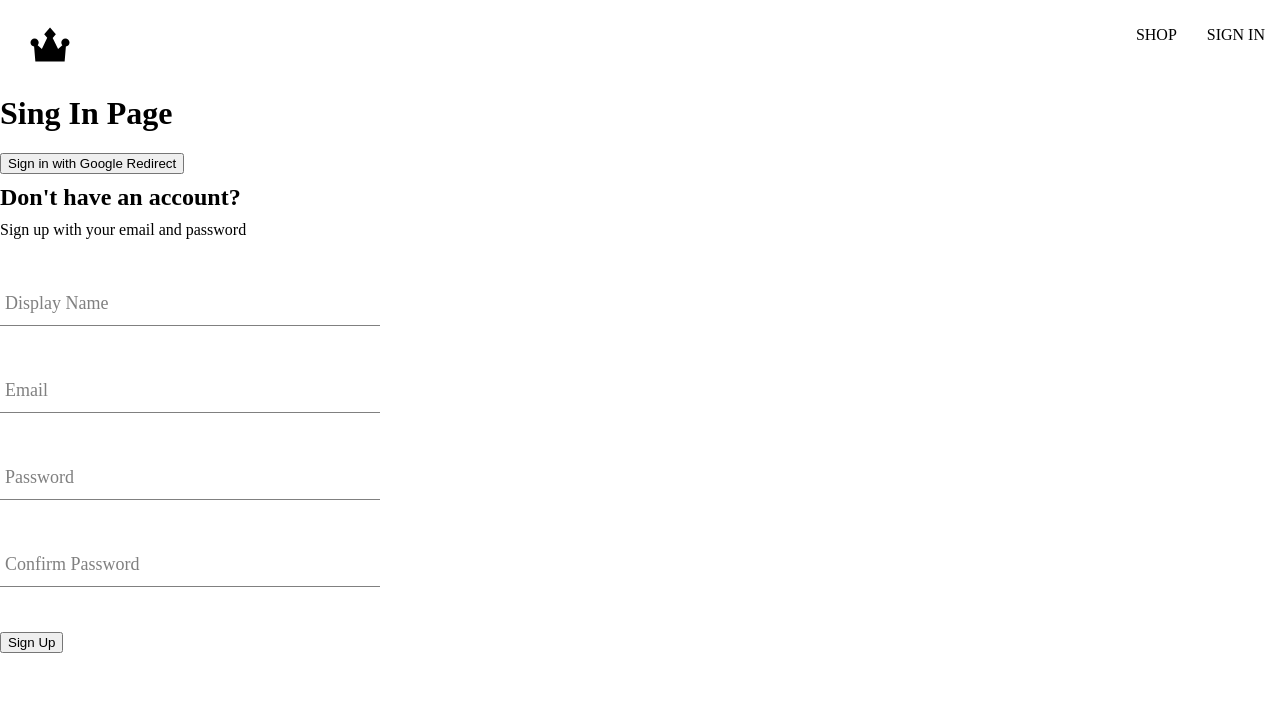
Repository: Chadi2000/crwn-clothing
Page: /signIn
An editor plug-in stored every save of this project. The page is shown before and after the next save, followed by the edit.
The browser window is 1280 px wide. The pictures show the whole page.
The project was rebuilt for these pictures with package versions that can differ from the ones it lists, and the page was loaded fresh each time. Also part of the build but not shown: src/categories.styles.scss, src/components/category-item/category-item.styles.scss, src/components/category-item/category-item.component.jsx, src/components/directory/directory.styles.scss, src/components/directory/directory.component.js, src/routes/home/home.component.jsx.

Above is the page before, as saved 2024-02-11 21:04:39.

### public/index.html
<!DOCTYPE html>
<html lang="en">
  <head>
    <meta charset="utf-8" />
    <link rel="icon" href="%PUBLIC_URL%/favicon.ico" />
    <meta name="viewport" content="width=device-width, initial-scale=1" />
    <meta name="theme-color" content="#000000" />
    <meta
      name="description"
      content="Web site created using create-react-app"
    />
    <link rel="apple-touch-icon" href="%PUBLIC_URL%/logo192.png" />
    <link rel="preconnect" href="https://fonts.googleapis.com">
    <link rel="preconnect" href="https://fonts.gstatic.com" crossorigin>
    <link
    href="https://fonts.googleapis.com/css2?family=Open+Sans:ital,wght@0,300..800;1,300..800&family=Roboto:wght@300&display=swap"
    rel="stylesheet">
    <!--
      manifest.json provides metadata used when your web app is installed on a
      user's mobile device or desktop. See https://developers.google.com/web/fundamentals/web-app-manifest/
    -->
    <link rel="manifest" href="%PUBLIC_URL%/manifest.json" />
    <!--
      Notice the use of %PUBLIC_URL% in the tags above.
      It will be replaced with the URL of the `public` folder during the build.
      Only files inside the `public` folder can be referenced from the HTML.

      Unlike "/favicon.ico" or "favicon.ico", "%PUBLIC_URL%/favicon.ico" will
      work correctly both with client-side routing and a non-root public URL.
      Learn how to configure a non-root public URL by running `npm run build`.
    -->
    <title>React App</title>
  </head>
  <body>
    <noscript>You need to enable JavaScript to run this app.</noscript>
    <div id="root"></div>
    <!--
      This HTML file is a template.
      If you open it directly in the browser, you will see an empty page.

      You can add webfonts, meta tags, or analytics to this file.
      The build step will place the bundled scripts into the <body> tag.

      To begin the development, run `npm start` or `yarn start`.
      To create a production bundle, use `npm run build` or `yarn build`.
    -->
  </body>
</html>

### src/index.scss
body {
  margin: 0;
  font-family: 'Open Sans'
    sans-serif;
    font-weight: 300 800;
  font-stretch: 100%;
  font-display: swap;
  -webkit-font-smoothing: antialiased;
  -moz-osx-font-smoothing: grayscale;
}

code {
  font-family: source-code-pro, Menlo, Monaco, Consolas, 'Courier New',
    monospace;
}

a{
  text-decoration: none;
  color: black;
}

* {
  box-sizing: border-box;
}

### src/App.js
import './categories.styles.scss';
import { Outlet } from 'react-router-dom';
import Directory from './components/directory/directory.component';
import Home from './routes/home/home.component';
import { Routes, Route } from 'react-router-dom';
import Navigation from './routes/navigation/navigation.component';
import SignIn from './routes/sign-in/sign-in.component';



const Shop =() =>{
  return(
    <h1>SHop from me</h1>
  )
}

const App = () => {


 return(
  <Routes>
    <Route path='/' element={<Navigation />}>
      <Route path='/' element={<Home />} />
      <Route path='shop' element={<Shop/>} />
      <Route path='/signIn' element= {<SignIn />} />

    </Route>

  </Routes>
 );
}

export default App;

### src/routes/navigation/navigation.component.jsx
import { Outlet, Link } from "react-router-dom"
import { Fragment } from "react";
import { ReactComponent as CrwnLogo } from "../../assets/crown.svg";
import './navigation.styles.scss';
const Navigation = () =>{
    return (
      <Fragment>
        <div className="navigation">
            <Link className="logo-container" to='/'>
                <CrwnLogo />
            </Link>

          <div className="nav-links-container">
            <Link className="nav-link"  to='/shop'>
                SHOP
            </Link>
            <Link className="nav-link"  to='/signIn'>
                SIGN IN
            </Link>
          </div>
        </div>
        <Outlet />
      </Fragment>
    )
  }

  export default Navigation;

### src/routes/sign-in/sign-in.component.jsx
import { useEffect } from "react";
import { getRedirectResult } from "firebase/auth";

import {
        auth,
        signInWithGooglePopup,
        signInWithGoogleRedirect ,
        createUserDocumentFromAuth
    } from "../../utils/firebase/firebase.utils";
import SignUpForm from "../../components/sign-up-form/sign-up-form.component";

const SignIn = () => {

    useEffect(() => {
        // Define an asynchronous function inside useEffect
        const fetchData = async () => {
          try {
            // You can await here
            const response = await getRedirectResult(auth);
            if(response){
                const userDocRef = await createUserDocumentFromAuth(response.user)
            }
          } catch (error) {
            console.error('Error fetching data:', error);
          }
        };

        // Call the asynchronous function immediately
        fetchData();

        // Specify dependencies if needed (empty array if not)
      }, []); // Add dependencies if needed


    const logGoogleUser = async () =>{
        const {user} = await signInWithGooglePopup();
        const userDocRef = await createUserDocumentFromAuth(user);

    }






    return(
        <div>
            <h1>Sing In Page</h1>
            {/* <button onClick={logGoogleUser}>
                Sign in with Google Popup
            </button> */}
            <button onClick={signInWithGoogleRedirect}>
                Sign in with Google Redirect
            </button>
            <SignUpForm />
        </div>
    )
}

export default SignIn;

### src/routes/navigation/navigation.styles.scss
.navigation{
    height: 70px;
    width: 100%;
    display: flex;
    justify-content: space-between;
    margin-bottom: 25px;

    .logo-container{
        height: 100%;
        width: 70px;
        padding: 25px;
        -webkit-box-align: center;
        align-items: center;
        justify-content: center;
    }
    .nav-links-container{
        width: 50%;
        height: 100%;
        -webkit-box-align: center;
        align-items: center;
        -webkit-box-pack: end;
        display: flex;
        justify-content: flex-end;
        .nav-link{
            padding: 10px 15px;
            cursor: pointer;
        }
    }


}

### src/utils/firebase/firebase.utils.js
import {initializeApp} from 'firebase/app';
import {
     getAuth,
     signInWithRedirect,
     signInWithPopup,
     GoogleAuthProvider,
     createUserWithEmailAndPassword
    } from 'firebase/auth';

import {
    getFirestore,
    doc,
    getDoc,
    setDoc
}  from'firebase/firestore'

const firebaseConfig = {
    apiKey: "AIzaSyCFm4naOY8EzymqmFzu3h2__lM1anMpCoU",
    authDomain: "crwn-clothing-db-ab0ad.firebaseapp.com",
    projectId: "crwn-clothing-db-ab0ad",
    storageBucket: "crwn-clothing-db-ab0ad.appspot.com",
    messagingSenderId: "89349111223",
    appId: "1:89349111223:web:714444d59a5d8bfdf53c32"
  };

  // Initialize Firebase
  const firebaseApp = initializeApp(firebaseConfig);
  const googleProvider = new GoogleAuthProvider();

  googleProvider.setCustomParameters({
    prompt: "select_account"
  })

  export const auth = getAuth();
  export const signInWithGooglePopup = () =>
   signInWithPopup(auth, googleProvider);
  export const signInWithGoogleRedirect =()=>
   signInWithRedirect(auth, googleProvider)

  export const db = getFirestore();
  export const createUserDocumentFromAuth = async (
    userAuth,
    additionalInformation={}
    )=>{
    if(!userAuth) return ;
    const userDocRef = doc(db,'users',userAuth.uid )

    console.log(userDocRef);

    const userSnapshot = await getDoc(userDocRef);
    console.log(userSnapshot);
    console.log(userSnapshot.exists());

    if(!userSnapshot.exists()){
        const {displayName , email} = userAuth;
        const createdAt = new Date();

        try{
            await setDoc(userDocRef, {
                displayName,
                email,
                createdAt,
                ...additionalInformation
            })
        }catch(error){
            console.log('error creating the user', error.message)
        }
    }

    return userDocRef;
  }

  export const createAuthUserWithEmailAndPassword = async (email, password)=>{
    if(!email || !password) return;
    return await createUserWithEmailAndPassword(auth, email, password)
  };

### src/components/sign-up-form/sign-up-form.component.jsx
import { useState } from "react";
import { createAuthUserWithEmailAndPassword, createUserDocumentFromAuth } from "../../utils/firebase/firebase.utils";
import FormInput from "../form-input/form-input.component";
import './sign-up-form.styles.scss';
import Button from "../button/button.component";

const defaultFormFields ={
    displayName: '',
    email:'',
    password:'',
    confirmPassword: ''
}

const SignUpForm =() =>{

    const [formFields, setFormFields] = useState(defaultFormFields);
    const { displayName, email, password, confirmPassword} = formFields;

    console.log(formFields);

    const resetFormFields = () =>{
        setFormFields(defaultFormFields);
    }

    const handleSubmit = async(event) =>{
        event.preventDefault();

        if(password != confirmPassword){
            alert("password do not match");
            return;
        }

        try{
            const {user} = await createAuthUserWithEmailAndPassword(email, password);

            await createUserDocumentFromAuth(user,{ displayName });
            resetFormFields();


        }catch(error){
            if(error.code ==  'auth/email-already-in-use'){
                alert('Cannot create user, email already in use');
            } else{
                console.log('user created encountered an error', error);
            }

        }
    }



    const handlechange = (event) =>{

        setFormFields({...formFields, [event.target.name]:event.target.value})
    }

    return (


        <div className="sign-up-container">
            <h2>Don't have an account?</h2>
            <span>Sign up with your email and password</span>
            <form onSubmit={handleSubmit}>
                <FormInput
                label="Display Name"
                inputOptions = {{
                    type:"text",
                    required:true,
                    onChange:handlechange,
                    name:"displayName",
                    value : displayName,
                    }}
                     />

                <FormInput
                label="Email"
                inputOptions = {{
                    type:"email",
                    required:true,
                    onChange:handlechange,
                    name:"email",
                    value : email,
                    }}
                     />

                <FormInput
                label="Password"
                inputOptions = {{
                    type:"password",
                    required:true,
                    onChange:handlechange,
                    name:"password",
                    value : password,
                    }}
                     />

                <FormInput
                label="Confirm Password"
                inputOptions = {{
                    type:"password",
                    required:true,
                    onChange:handlechange,
                    name:"confirmPassword",
                    value : confirmPassword,
                    }}
                     />


                <button type="submit">Sign Up</button>
            </form>
        </div>
    )
}

export default SignUpForm;

### src/components/form-input/form-input.component.jsx
import './form-input.styles.scss';


const FormInput = ({label, inputOptions}) =>{
    return (
        <div className="group">
            <input className="form-input" {...inputOptions} />
            {
                label &&(
            <label className={`${inputOptions.value.length ? 'shrink': ''}
            form-input-label`}>{label}</label>)}



        </div>

    )
}
export default FormInput;

### src/components/form-input/form-input.styles.scss
$sub-color: grey;
$main-color: black;

@mixin shrinkLabel{
    top: -14px;
    font-size: 12px;
    color:$main-color ;
}

.group{
    position: relative;
    margin: 45px 0;
    .form-input{
        background: none;
        background-color: white;
        color:$sub-color;
        font-size: 18px;
        padding: 10px 10px 10px 5px;
        display: block;
        width: 100%;
        border: none;
        border-radius: 0;
        border-bottom: 1px solid $sub-color;
        border-top: none;
        border-right: none;
        border-left: none;
        margin: 25px 0;

        &:focus{
            outline: none;
        }
        &:focus ~ .form-input-label{
            @include shrinkLabel();
        }
    }

    input[type='password']{
        letter-spacing: 0.3em;
    }

    .form-input-label{
        color: $sub-color;
        font-size: 18px;
        font-weight: normal;
        position: absolute;
        pointer-events: none;
        left: 5px;
        top: 10px;
        transition: all 300ms ease 0s;
        line-height: 1;
        &.shrink{
            @include shrinkLabel()
        }

    }


}

### src/components/button/button.component.jsx
import './button.styles.scss';

const BUTTON_TYPES_CLASSES = {
    google:'google-sign-in',
    inverted:'inverted',

}

const Button = ({ children, buttonType, ...otherProps }) =>{
    return(
        <button className={`button-container ${BUTTON_TYPES_CLASSES[buttonType]}`}
        {...otherProps}
        >
            {children}
        </button>
    )
}

export default Button;

### src/components/button/button.styles.scss
.button-container{
    min-width: 165px;
    width: auto;
    height: 50px;
    letter-spacing: 0.5px;
    line-height: 50px;
    padding: 0 35px 0 35px;
    font-size: 15px;
    background-color: black;
    color: white;
    text-transform: uppercase;
    font-family: 'Open Sans Condensed';
    font-weight: bolder;
    border: none;
    cursor: pointer;
    display: flex;
    justify-content: center;

    &:hover{
        background-color: white;
        color: black;
        border: 1px solid black;
    }

    &.google-sign-in{
        background-color: #4285f4;
        color:white;
        &:hover{
            background-color: #357ae8;
            border: none;
        }
    }


    &.inverted{
        background-color: white;
        color: black;
        border: 1px solid black;

        &:hover {
            background-color: black;
            color: white;
            border:none;
        }
    }
}

Loaded but not shown: src/index.js (common file); src/reportWebVitals.js (common file); src/components/sign-up-form/sign-up-form.styles.scss (common file)

After the next save:
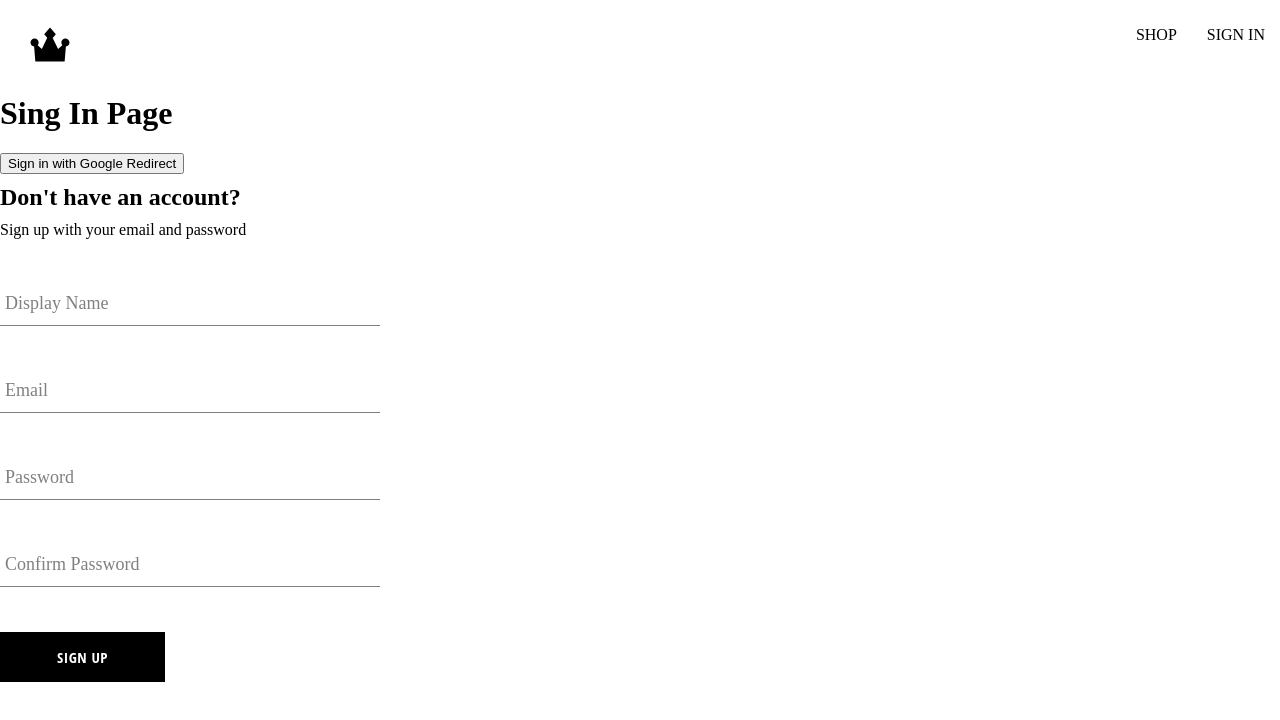
Saved 40 s later.
--- a/src/components/sign-up-form/sign-up-form.component.jsx
+++ b/src/components/sign-up-form/sign-up-form.component.jsx
@@ -106,7 +106,7 @@ const SignUpForm =() =>{
                      />
 
 
-                <button type="submit">Sign Up</button>
+                <Button type="submit">Sign Up</Button>
             </form>
         </div>
     )
